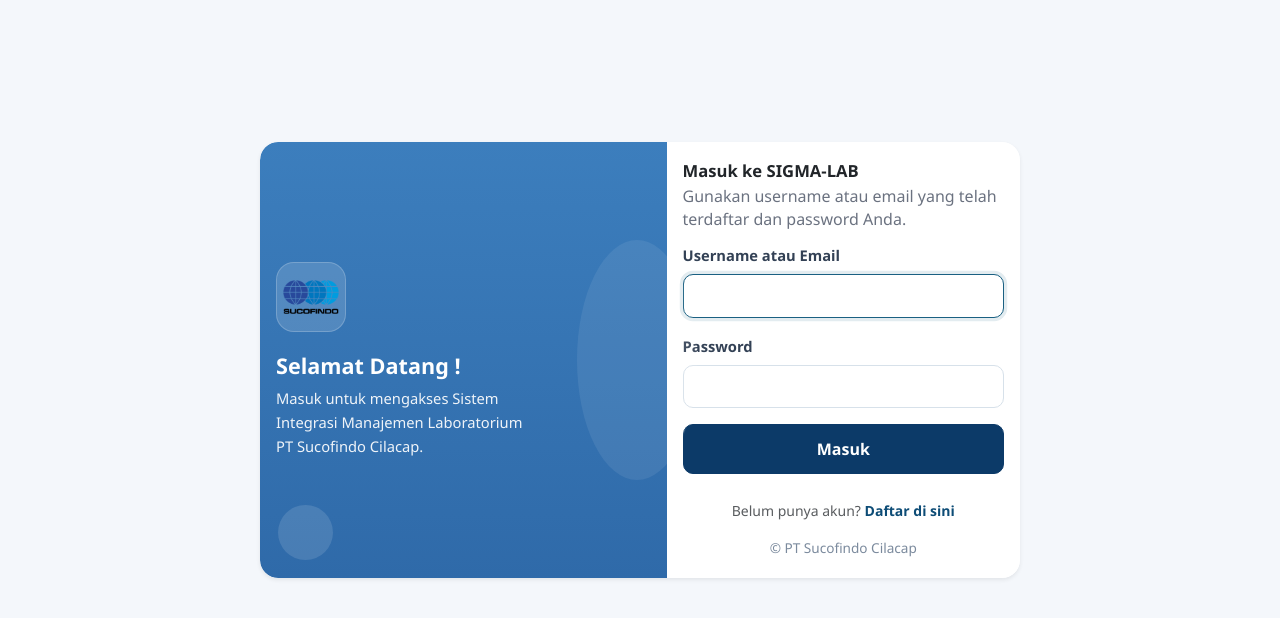
Repository: amelianeesa/sigmalab
Page: http://localhost/login
An editor plug-in stored every save of this project. The page is shown before and after the next save, followed by the edit.
The browser window is 1280 px wide. The pictures show the whole page.
The page is served by the project's Laravel application, run on PHP 8.4 with Laravel 12.

Above is the page before, as saved 2026-08-06 09:00:48.

After the next save:
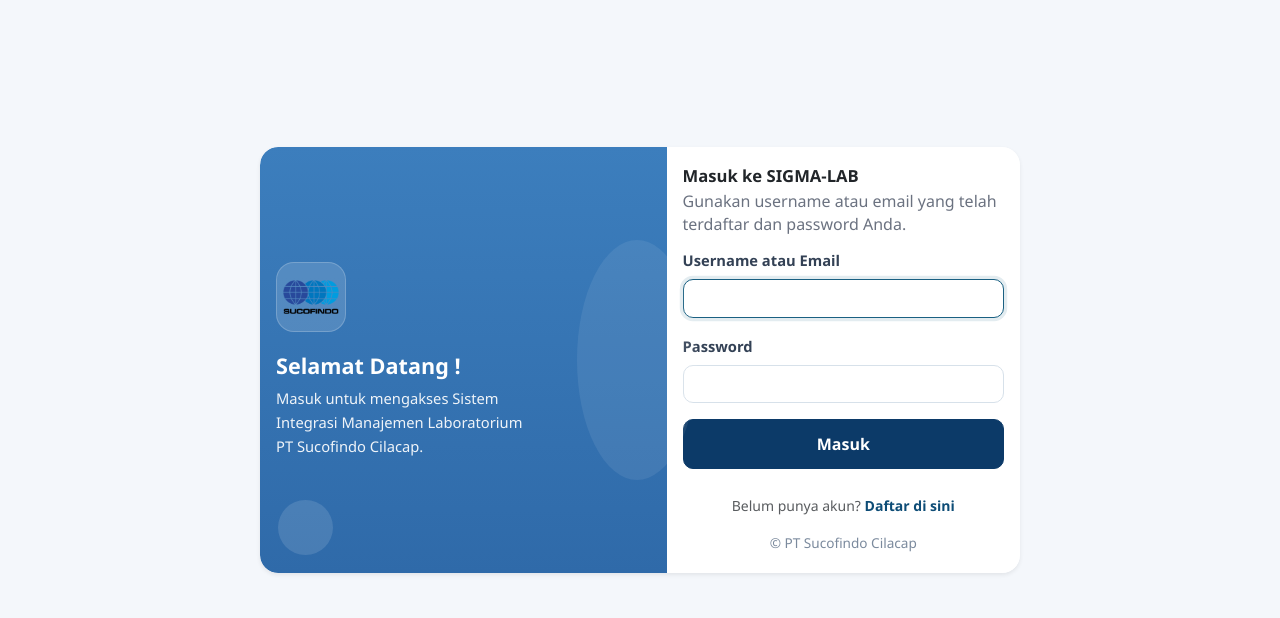
Saved 3 min 7 s later.
--- a/resources/views/auth/login.blade.php
+++ b/resources/views/auth/login.blade.php
@@ -129,8 +129,8 @@
         .form-select {
             border: 1px solid #d7e1ea;
             border-radius: 10px;
-            padding: 0.55rem 0.8rem;
-            min-height: 38px;
+            padding: 0.4rem 0.75rem;
+            min-height: 32px;
             color: #1f2a37;
             background-color: #ffffff;
         }
